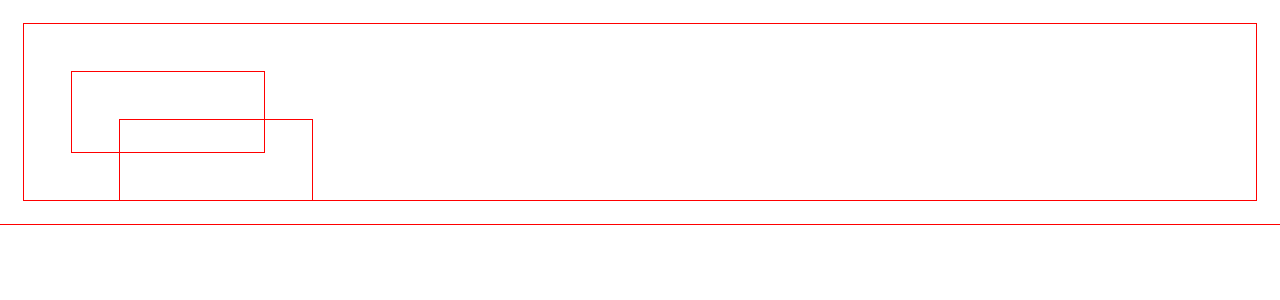
Repository: JacobSkilling-dot/Project1-Blog
Page: Week3-Blog.html
The author's editor kept a copy of each file at every save. The page is drawn from the files as they stood at one save, then again after the next save.
The browser window is 1280 px wide. The pictures show the whole page.

Above is the page before, as saved 2023-01-16 19:45:05.

### Week3-Blog.html
<!DOCTYPE html>
<html lang="en">
<head>
    <meta charset="UTF-8">
    <meta http-equiv="X-UA-Compatible" content="IE=edge">
    <meta name="viewport" content="width=device-width, initial-scale=1.0">
    <title>Website Template</title>
    <link rel="stylesheet" href="style.css">
</head>
<body>
    <div class="main-content">
        <div class="search-bar"></div>
        <style>
            .main-content{
                width: 10rem;
                height: 3rem;
                margin: 2rem;
            }

            .search-bar{
                width: 10rem;
                height: 3rem;
                margin: 2rem;
            }
        </style>
    </div>

</body>
</html>

### style.css
* {
    outline: 1px solid rgb(255, 0, 0);
    padding: 1rem;
    min-height: 1rem;
}

After the next save:
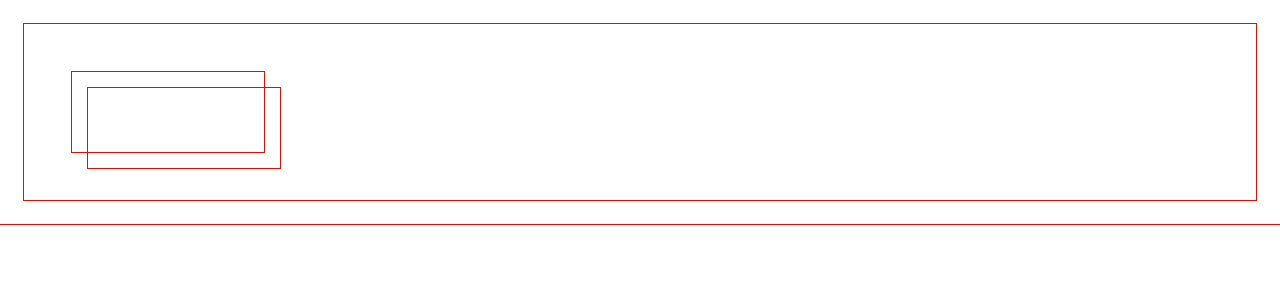
Saved 17 s later.
--- a/Week3-Blog.html
+++ b/Week3-Blog.html
@@ -20,7 +20,7 @@
             .search-bar{
                 width: 10rem;
                 height: 3rem;
-                margin: 2rem;
+                left: 40rem;
             }
         </style>
     </div>
